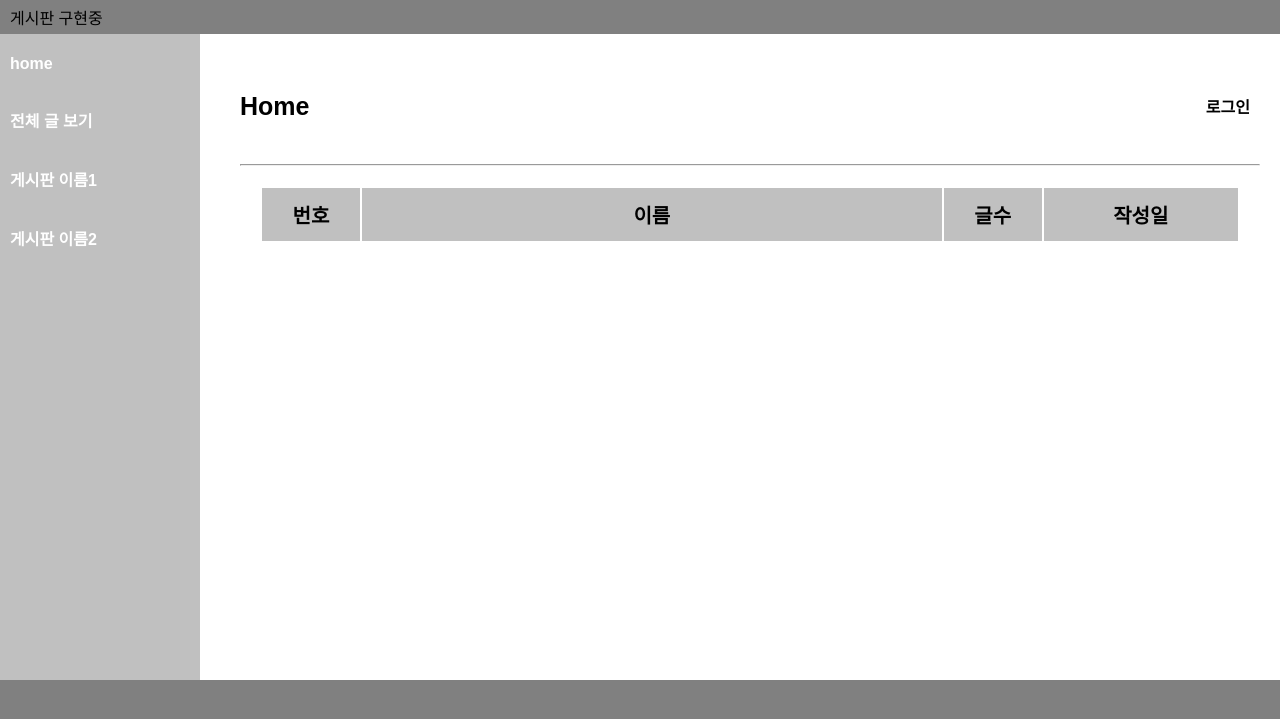
Repository: hyeon-jin-park/study
Page: work/internet_programing/Test_final/public/i.html
An editor plug-in stored every save of this project. The page is shown before and after the next save, followed by the edit.
The browser window is 1280 px wide. The pictures show the whole page.

Above is the page before, as saved 2025-03-14 07:00:18.

After the next save:
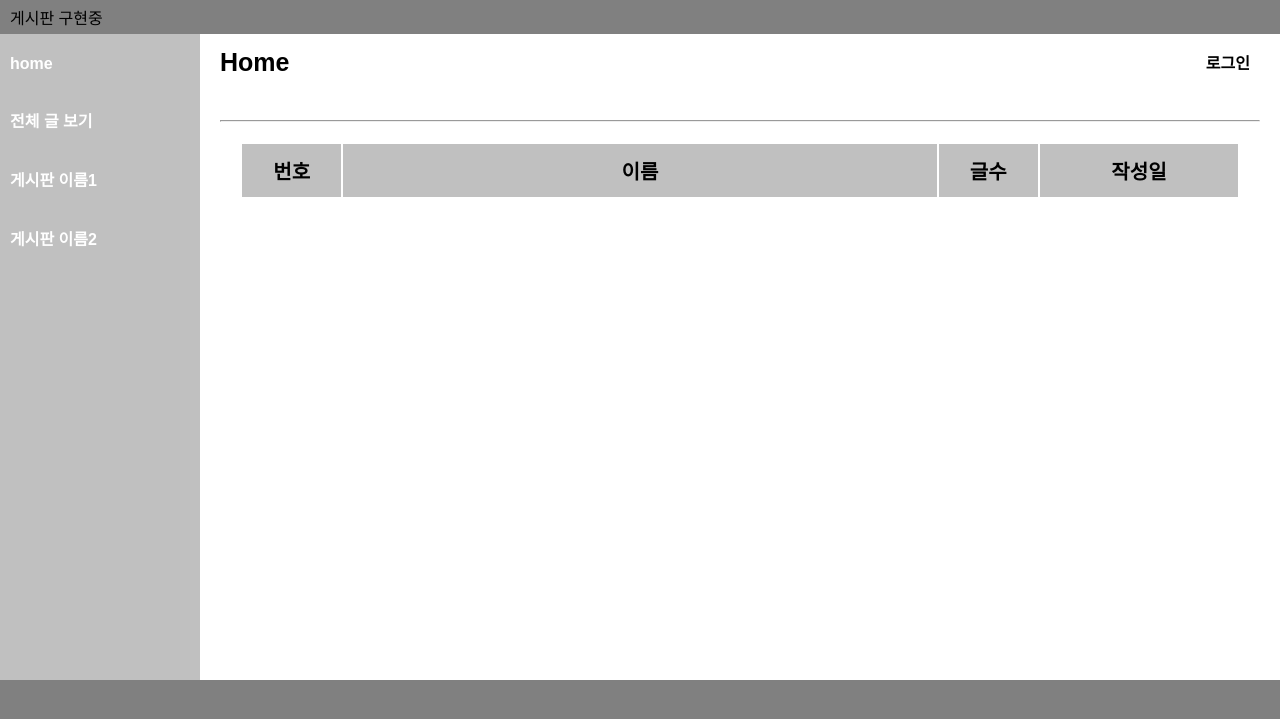
Saved 4 min 10 s later.
--- a/work/internet_programing/Test_final/public/layout.css
+++ b/work/internet_programing/Test_final/public/layout.css
@@ -51,11 +51,12 @@
 
 
 		.content {
-			margin-top: 64px;
+			margin-top: 40px;
 			position: fixed;
 			z-index: 999;
-    		margin-left: 220px;
+    		margin-left: 200px;
     		padding: 20px;
+    		padding-top: 0px;
 		}
 		.board_title{
 			margin:0px;
